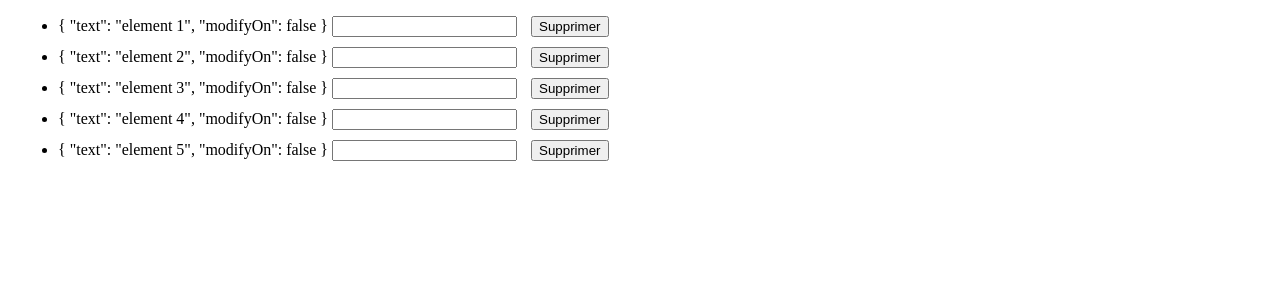
Repository: arione15/Livre_Serrion-Vue.js
Page: liste_ch3.html
An editor plug-in stored every save of this project. The page is shown before and after the next save, followed by the edit.
The browser window is 1280 px wide. The pictures show the whole page.

Above is the page before, as saved 2021-09-07 13:41:32.

### liste_ch3.html
<!DOCTYPE html>
<html lang="en">

<head>
    <meta charset="UTF-8">
    <meta http-equiv="X-UA-Compatible" content="IE=edge">
    <meta name="viewport" content="width=device-width, initial-scale=1.0">
    <title>Liste</title>
    <script src="https://cdn.jsdelivr.net/npm/vue/dist/vue.js"></script>
</head>

<body>

    <div id="root"></div>

</body>

<script>
    const vm = new Vue({
        el: "div#root",
        template: `
            <div>
                <ul>
                    <li v-for="(element, index) of elements" style="margin:10px;">
                        <span v-if="!element.modifyOn"> {{ element }} </span>
                        <input v-on:dblclick = ""
                        v-on:dblclick="modifier(element)">
                        <button @click="supprimer(element)" style="margin-left:10px;">Supprimer</button>
                    </li>
                </ul>
                <span v-if="elements.length === 0">La liste est vide !!</span>
            </div>
        `,
        data: {
            elements: [
                {text: "element 1", modifyOn: false},
                {text: "element 2", modifyOn: false},
                {text: "element 3", modifyOn: false},
                {text: "element 4", modifyOn: false},
                {text: "element 5", modifyOn: false},
            ]
        },
        methods: {
            supprimer(elt) {
                this.elements = this.elements.filter(function (element) {
                    return elt !== element ;
                })
            },
            modifier(elt){
                console.log("Modifier l'élément : " + elt);
            }
        }
    });

</script>

</html>

After the next save:
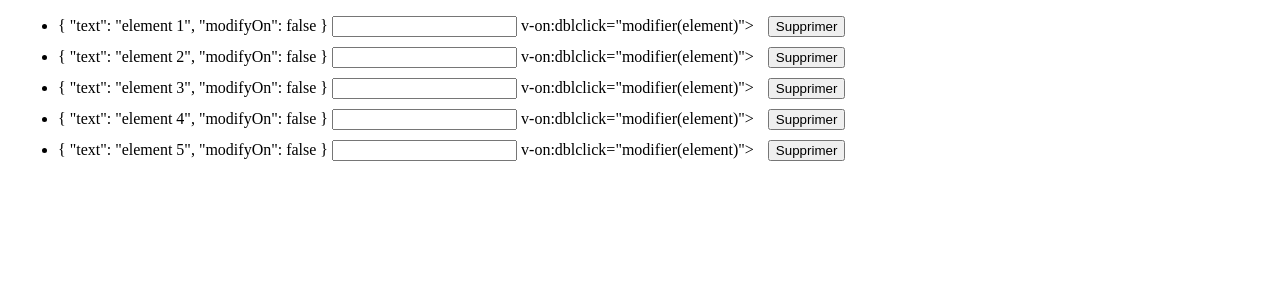
Saved 4 s later.
--- a/liste_ch3.html
+++ b/liste_ch3.html
@@ -23,7 +23,7 @@
                 <ul>
                     <li v-for="(element, index) of elements" style="margin:10px;">
                         <span v-if="!element.modifyOn"> {{ element }} </span>
-                        <input v-on:dblclick = ""
+                        <input v-on:dblclick = "">
                         v-on:dblclick="modifier(element)">
                         <button @click="supprimer(element)" style="margin-left:10px;">Supprimer</button>
                     </li>
